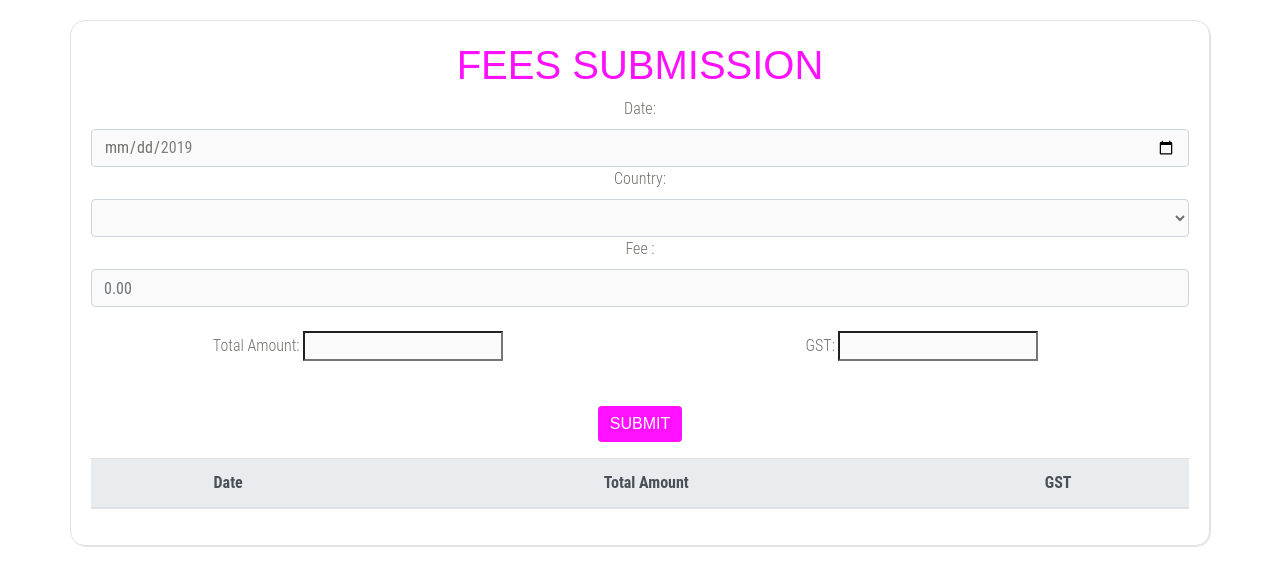
Repository: yucheng91/feesubmissionform
Page: http://localhost/
The author's editor kept a record of every edit. The page is drawn from the files as they stood at one moment, then again after the next edit.
The browser window is 1280 px wide. The pictures show the whole page.
Some web fonts or font styles are not loaded; a fallback is used. The page is served by the project's application, run on Flask 3 (app.py). Queries for data that is not in the repository find no rows.

Above is the page before.

After the next edit:
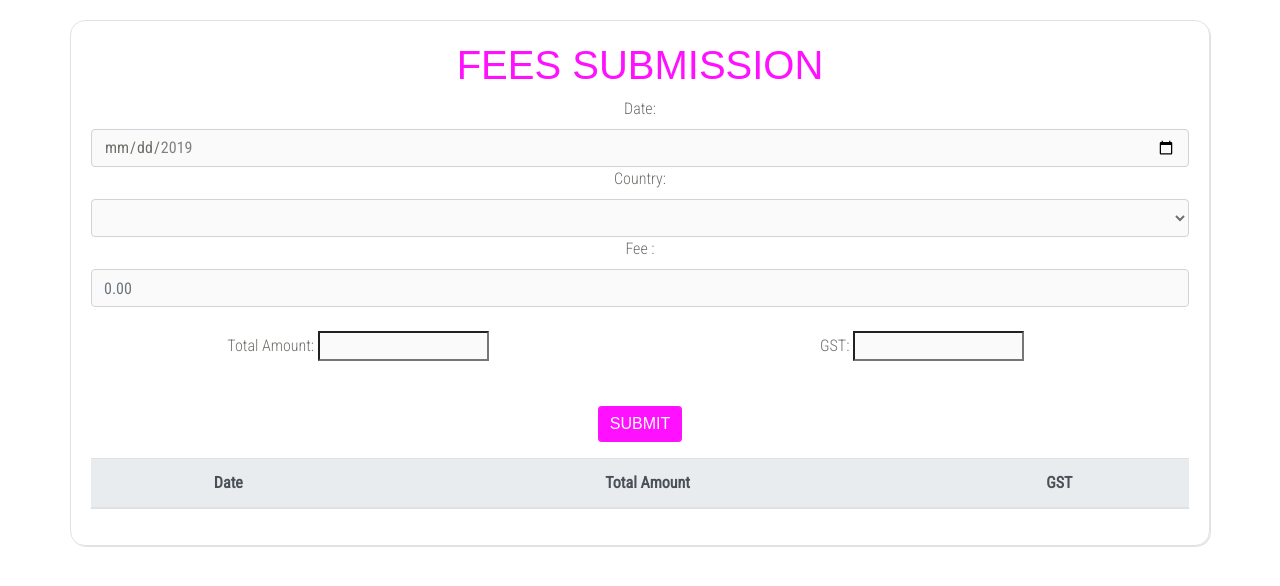
The edit:
--- a/templates/index.html
+++ b/templates/index.html
@@ -9,7 +9,7 @@
     <link rel="stylesheet" href="https://stackpath.bootstrapcdn.com/bootstrap/4.3.1/css/bootstrap.min.css" integrity="sha384-ggOyR0iXCbMQv3Xipma34MD+dH/1fQ784/j6cY/iJTQUOhcWr7x9JvoRxT2MZw1T" crossorigin="anonymous">
 
     <!-- custom -->
-    <link href="https://fonts.googleapis.com/css?family=Aclonica|Chau+Philomene+One|Roboto:100,400&display=swap" rel="stylesheet">
+    <link href="https://fonts.googleapis.com/css?family=Aclonica|Chau+Philomene+One|Roboto+Condensed:300,400&display=swap" rel="stylesheet">
     <link rel="stylesheet" href="{{ url_for('static', filename='css/style.css') }}">
     <script type="text/javascript" src="{{ url_for('static', filename='js/script.js') }}"></script>
 
